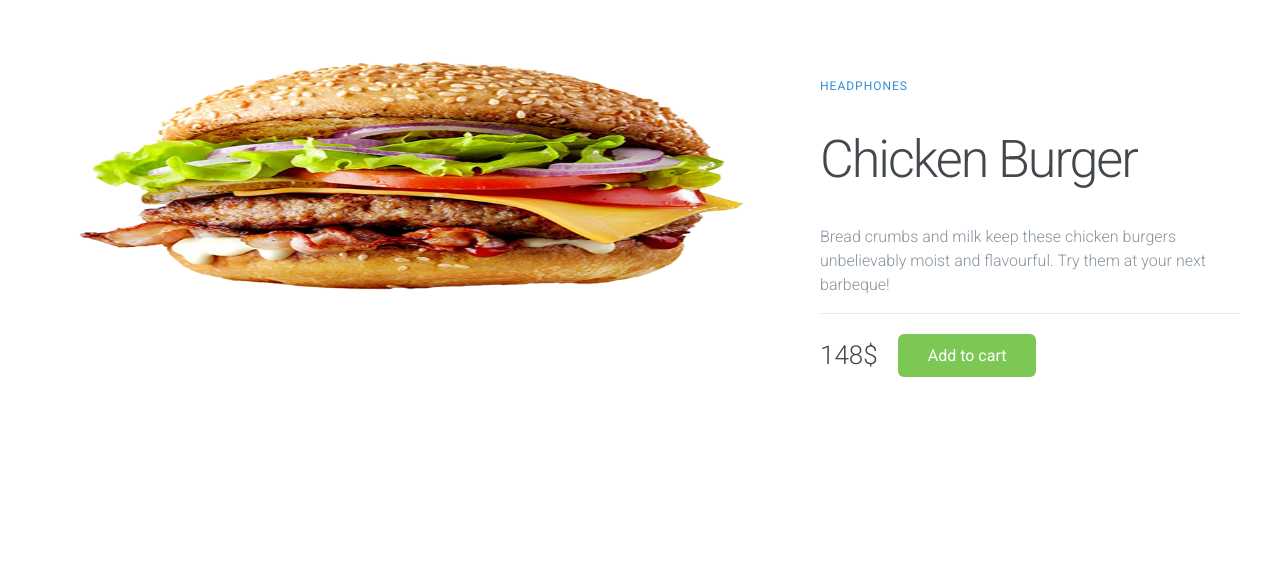
Repository: manishmachha/project-kitchenStory
Page: http://localhost/Phase_4_Kitchen_Story/products.jsp
The author's editor kept a copy of each file at every save. The page is drawn from the files as they stood at one save, then again after the next save.
The browser window is 1280 px wide. The pictures show the whole page.
Some web libraries are served in a nearby version. The page is served by Tomcat 10.

Above is the page before, as saved 2022-03-11 05:40:53.

After the next save:
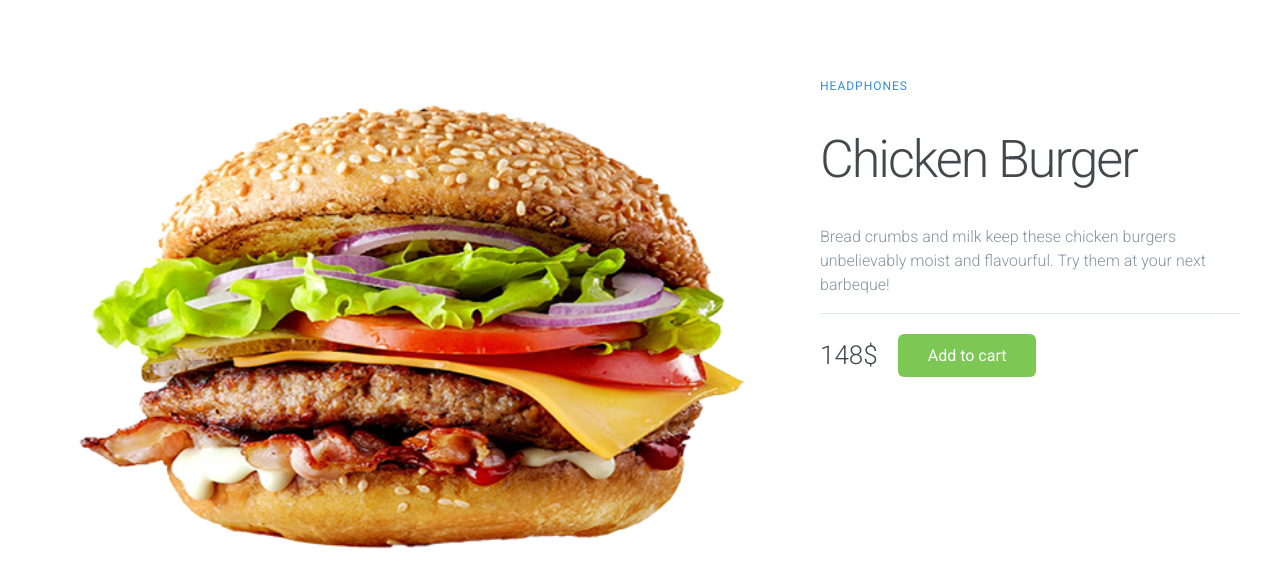
Saved 7 s later.
--- a/Phase 4 Kitchen Story/src/main/webapp/products.jsp
+++ b/Phase 4 Kitchen Story/src/main/webapp/products.jsp
@@ -20,7 +20,7 @@
 
         <!-- Left Column / Headphones Image -->
         <div class="left-column">
-            <img data-image="red" class="active" src="images/burger-trending.png" width="288px" height="300px">
+            <img data-image="red" class="active" src="images/burger-trending.png">
         </div>
 
 
